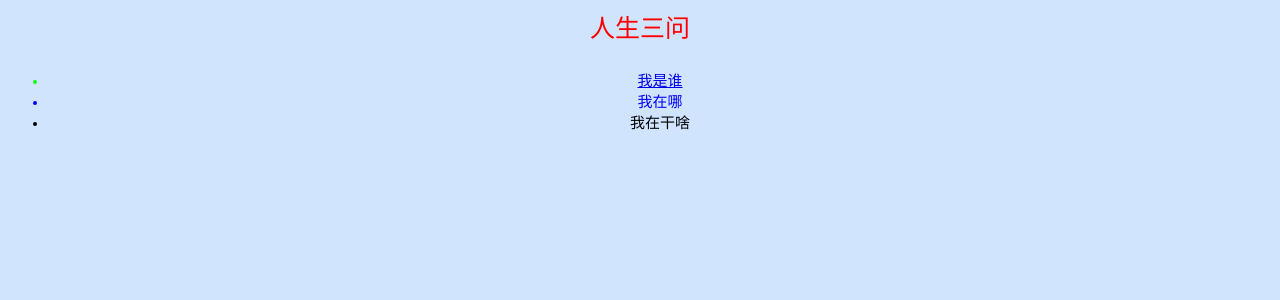
Repository: biuiuiu/springStudy
Page: http://localhost/Sad/
An editor plug-in stored every save of this project. The page is shown before and after the next save, followed by the edit.
The browser window is 1280 px wide. The pictures show the whole page.
The page is served by Tomcat 9.

Above is the page before, as saved 2017-06-14 01:52:20.

After the next save:
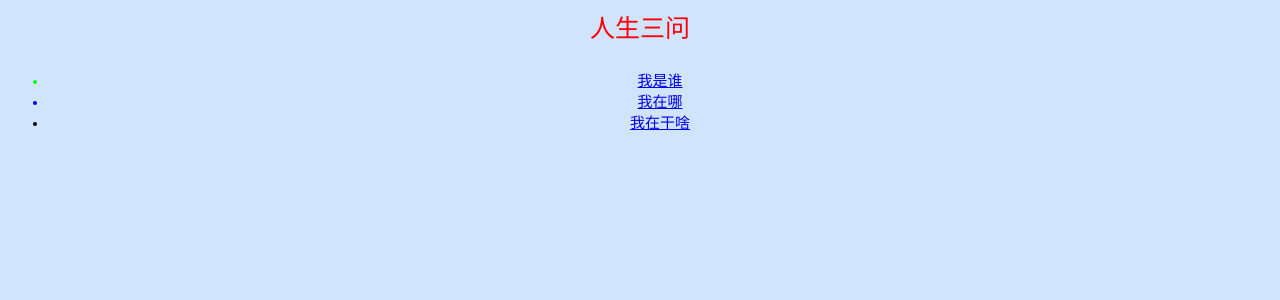
Saved 39 s later.
--- a/Sad/WebContent/index.jsp
+++ b/Sad/WebContent/index.jsp
@@ -33,8 +33,8 @@
 	<p>人生三问</p>
 	<ul>
 		<li class = "first"><a href = "/sad/who">我是谁</a></li>
-		<li class = "second">我在哪</li>
-		<li class = "third">我在干啥</li>
+		<li class = "second"><a href = "/sad/where">我在哪</a></li>
+		<li class = "third"><a href = "sad/what">我在干啥</a></li>
 	</ul>
 
 </body>
